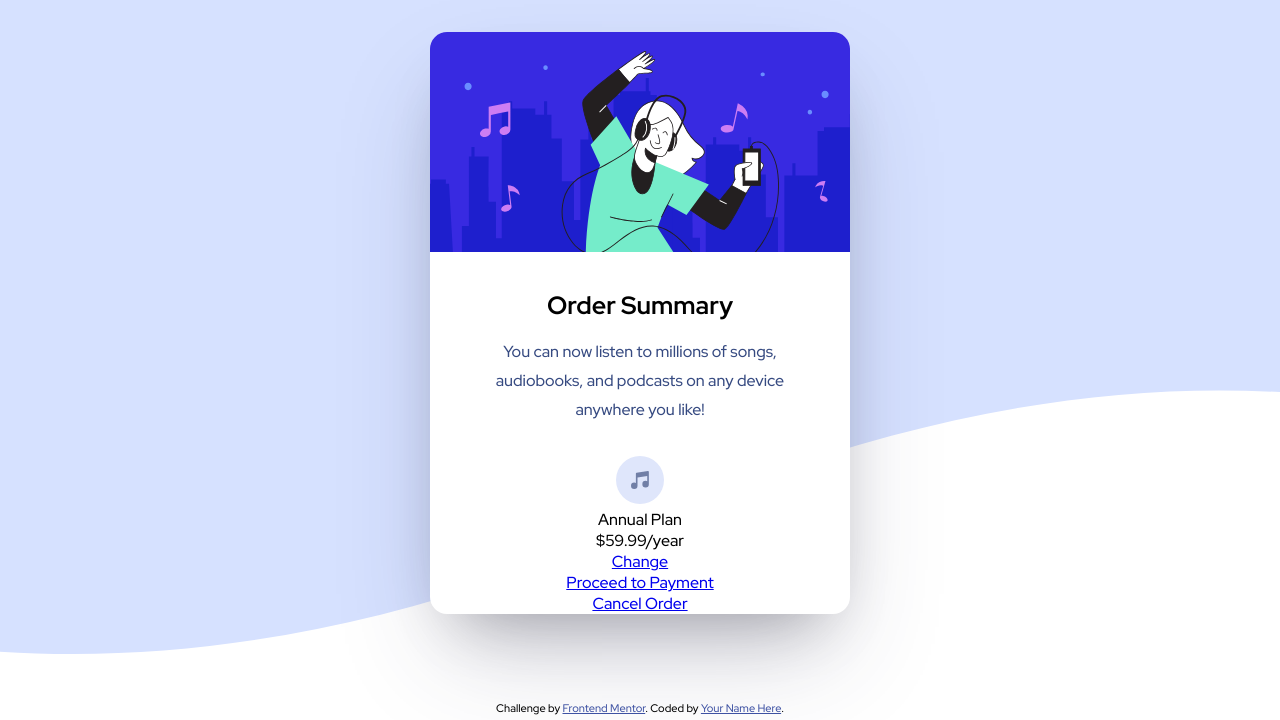
Repository: DejV44/order-summary-frontend
Page: index.html
The author's editor kept a copy of each file at every save. The page is drawn from the files as they stood at one save, then again after the next save.
The browser window is 1280 px wide. The pictures show the whole page.
The style sheet was rebuilt from its Sass, Less or Tailwind sources for each picture, by a compiler version that may differ from the author's.

Above is the page before, as saved 2021-08-12 21:19:40.

### index.html
<!DOCTYPE html>
<html lang="en">
<head>
  <meta charset="UTF-8">
  <meta name="viewport" content="width=device-width, initial-scale=1.0">
  <link rel="stylesheet" href="css/style.css">

  <link rel="icon" type="image/png" sizes="32x32" href="./images/favicon-32x32.png">

  <title>Frontend Mentor | Order summary card</title>

</head>
<body>
  <div class="container">
    <div class="backgr">
      <img src="/images/illustration-hero.svg" alt="hero">
    </div>
    <div class="content">
      <h1>Order Summary</h1>
      <p>You can now listen to millions of songs, audiobooks, and podcasts on any
      device anywhere you like!</p>
    </div>
    <div class="price_container">
      <div class="annual">
        <img src="/images/icon-music.svg" alt="music">
        <p>Annual Plan</p>
        <p>$59.99/year</p>
      </div>
      <a href="#">Change</a>
    </div>
    <div class="button">
      <a href="#">Proceed to Payment</a>
    </div>
    <div class="cancel_button">
      <a href="#">Cancel Order</a>
    </div>

  </div>

  <div class="attribution">
    Challenge by <a href="https://www.frontendmentor.io?ref=challenge" target="_blank">Frontend Mentor</a>.
    Coded by <a href="#">Your Name Here</a>.
  </div>
</body>
</html>

### css/style.scss
* {
    margin: 0;
    padding: 0;
}
@import url('https://fonts.googleapis.com/css2?family=Red+Hat+Display:wght@500;700;900&display=swap');
@import "variables";
@import "mixins";

body {
    @include body;
    @include fonts;
}

.container {
    @include container;
    @include border;

}
.attribution {
    @include attribution;
}

.content {
    @include content;
}

### css/_variables.scss
// ---COLORS--

$Paleblue: hsl(225, 100%, 94%);
$Brightblue: hsl(245, 75%, 52%);
$VeryPaleBlue: hsl(225, 100%, 98%);
$Desaturatedblue: hsl(224, 41%, 36%);
$DarkBlue: hsl(223, 47%, 23%);

### css/_mixins.scss
@mixin fonts {
    font-family: 'Red Hat Display', sans-serif;
}

@mixin backgroundMob {
    background: url(/images/pattern-background-mobile.svg);
    background-repeat: no-repeat;
    background-size: cover;
    background-position: center;
}

@mixin container {
    max-width: 420px;
    margin: 0 auto;
    text-align: center;
    box-shadow: rgba(255, 255, 255, 0.1) 0px 1px 1px 0px inset, rgba(50, 50, 93, 0.25) 0px 50px 100px -20px, rgba(0, 0, 0, 0.3) 0px 30px 60px -30px;
    overflow: hidden;
    @include fonts;
    background: white;
}

@mixin border {
    border-radius: 17px;

}

@mixin attribution {
    position: fixed;
    bottom: 5px;
    font-size: 11px; text-align: center;
    a {
        color: hsl(228, 45%, 44%);
    }
}

@mixin body {
    @include backgroundMob;
    display: flex;
    justify-content: center;
    align-items: center;
    margin: 2rem auto;
}

@mixin content {
    padding: 2rem;

    h1 {
        font-size: 25px;
        padding-bottom: 1rem;
    }

    p {
        line-height: 1.8rem;
        color: $Desaturatedblue;
    }
}

After the next save:
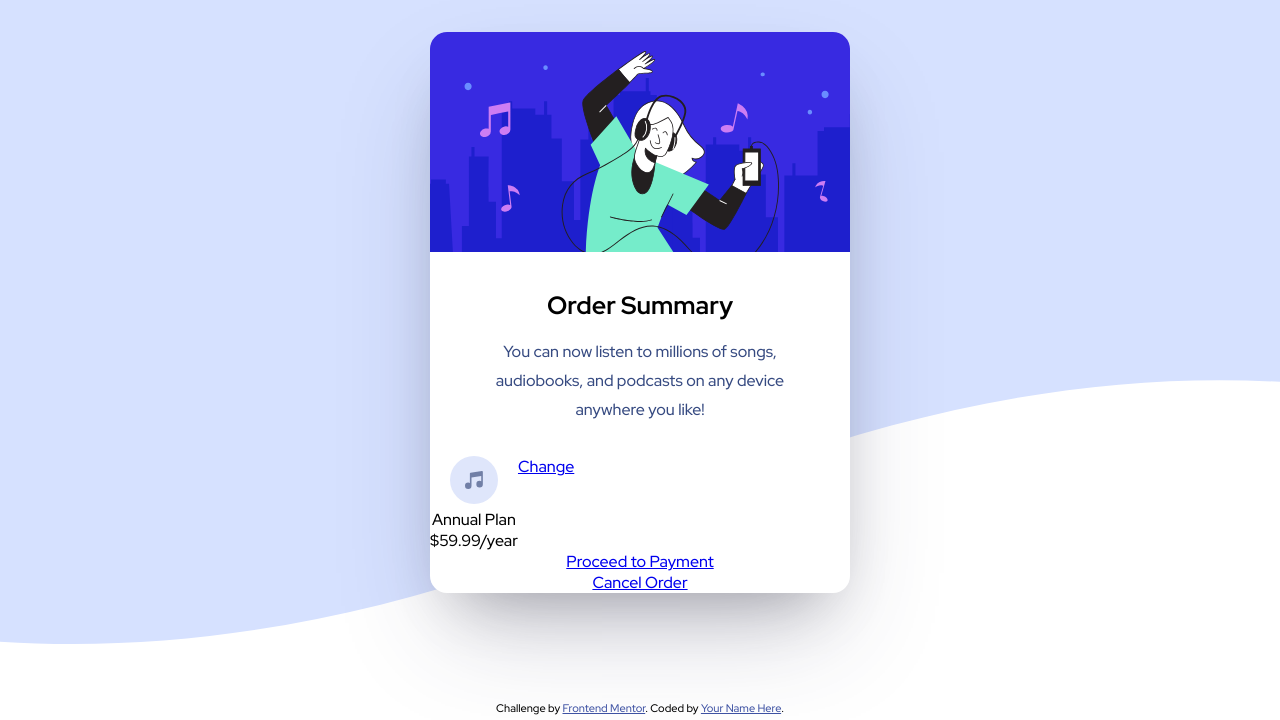
Saved 47 s later.
--- a/css/style.scss
+++ b/css/style.scss
@@ -23,3 +23,7 @@ body {
 .content {
     @include content;
 }
+
+.price_container {
+    display: flex;
+}
